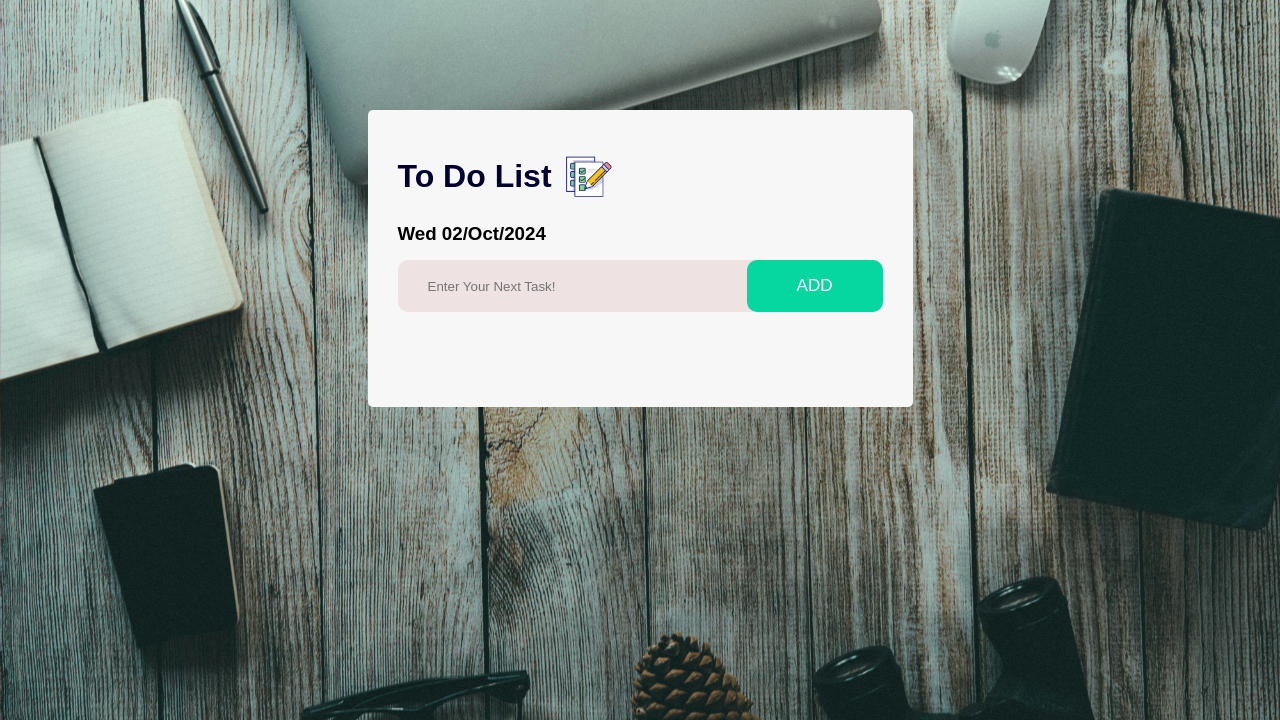
Repository: zeinawady/To_Do_List
Page: index.html
The author's editor kept a copy of each file at every save. The page is drawn from the files as they stood at one save, then again after the next save.
The browser window is 1280 px wide. The pictures show the whole page.

Above is the page before, as saved 2024-10-02 01:45:10.

After the next save:
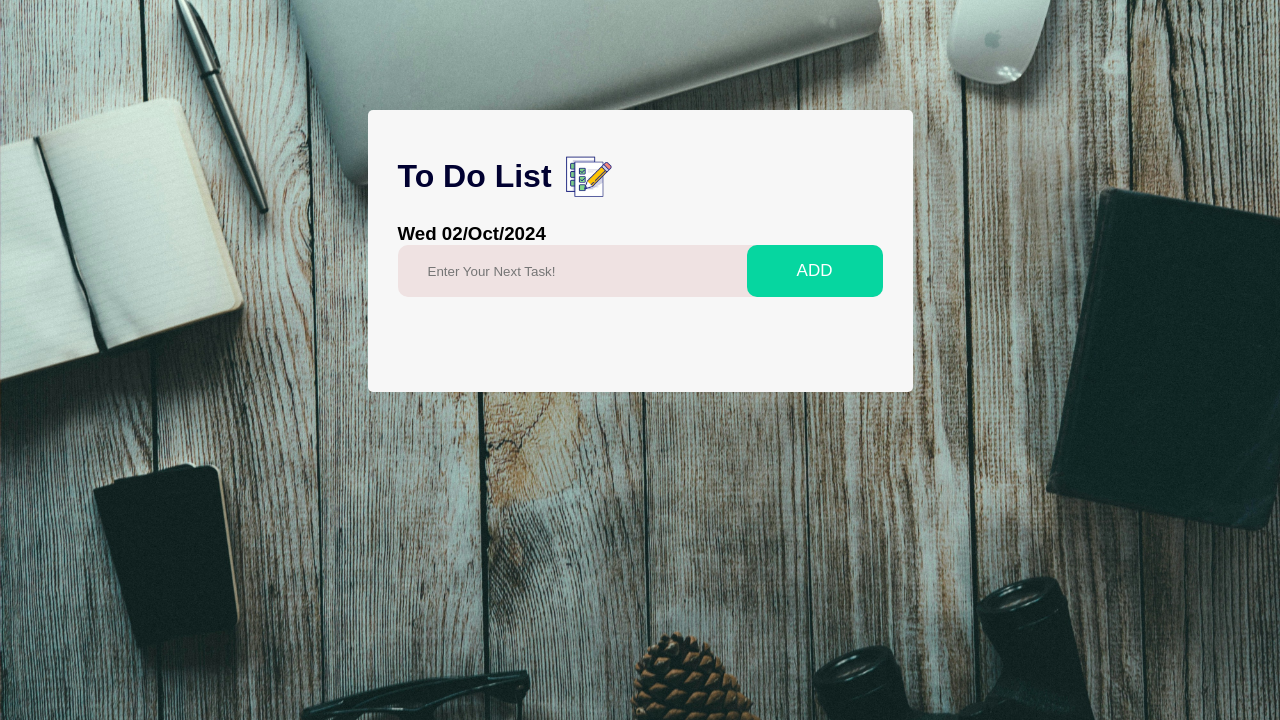
Saved 8 s later.
--- a/css/style.css
+++ b/css/style.css
@@ -21,9 +21,7 @@
     background-size: cover;
     padding: 10px;
 }
-#date{
-    margin-bottom: 15px;
-}
+
 .todo-app {
 
     max-width: 545px;

After the save that followed:
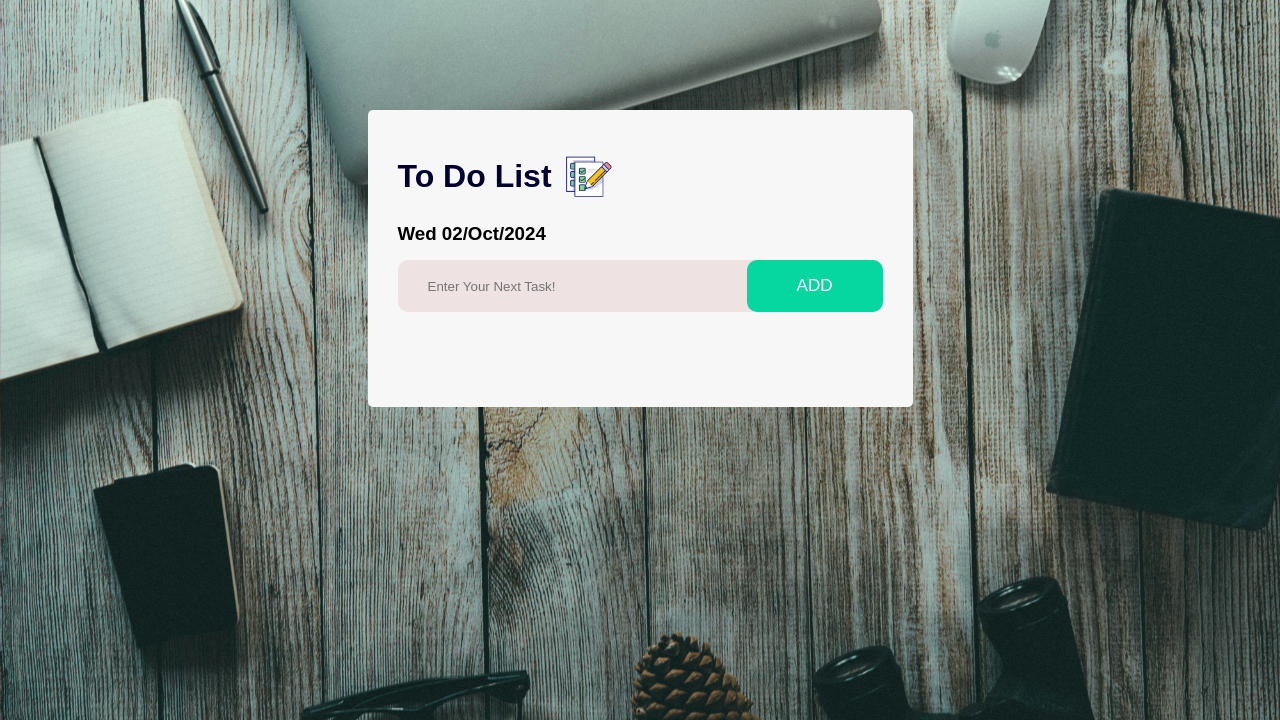
Saved 5 s later.
--- a/css/style.css
+++ b/css/style.css
@@ -43,6 +43,9 @@
     align-items: center;
     margin-bottom: 20px;
 
+}
+#date{
+    margin-bottom: 15px;
 }
 
 .logo {
